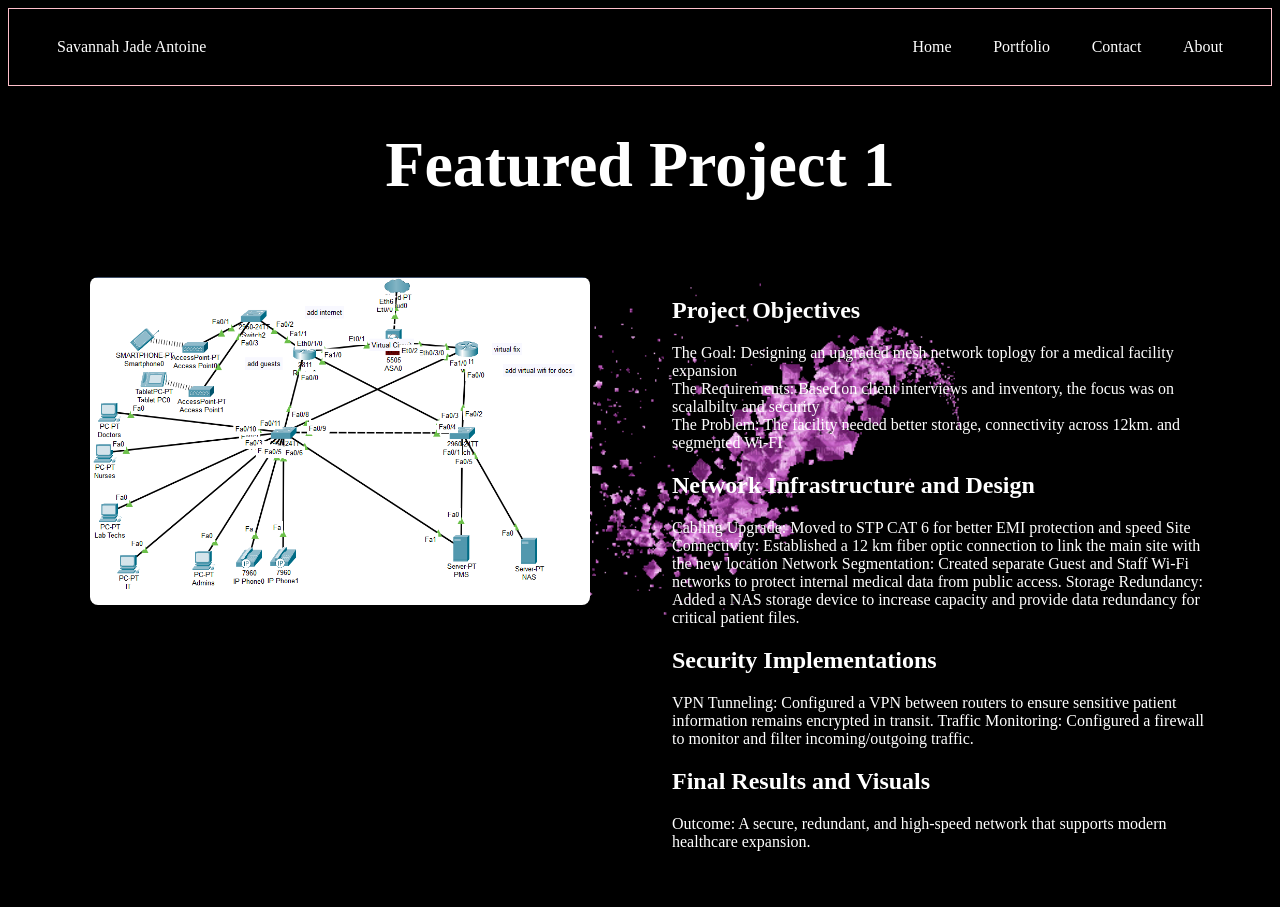
Repository: Savannah-Antoine/Savannah-Antoine
Page: pages/project-name-1.html
The author's editor kept a copy of each file at every save. The page is drawn from the files as they stood at one save, then again after the next save.
The browser window is 1280 px wide. The pictures show the whole page.

Above is the page before, as saved 2026-05-15 15:51:55.

After the next save:
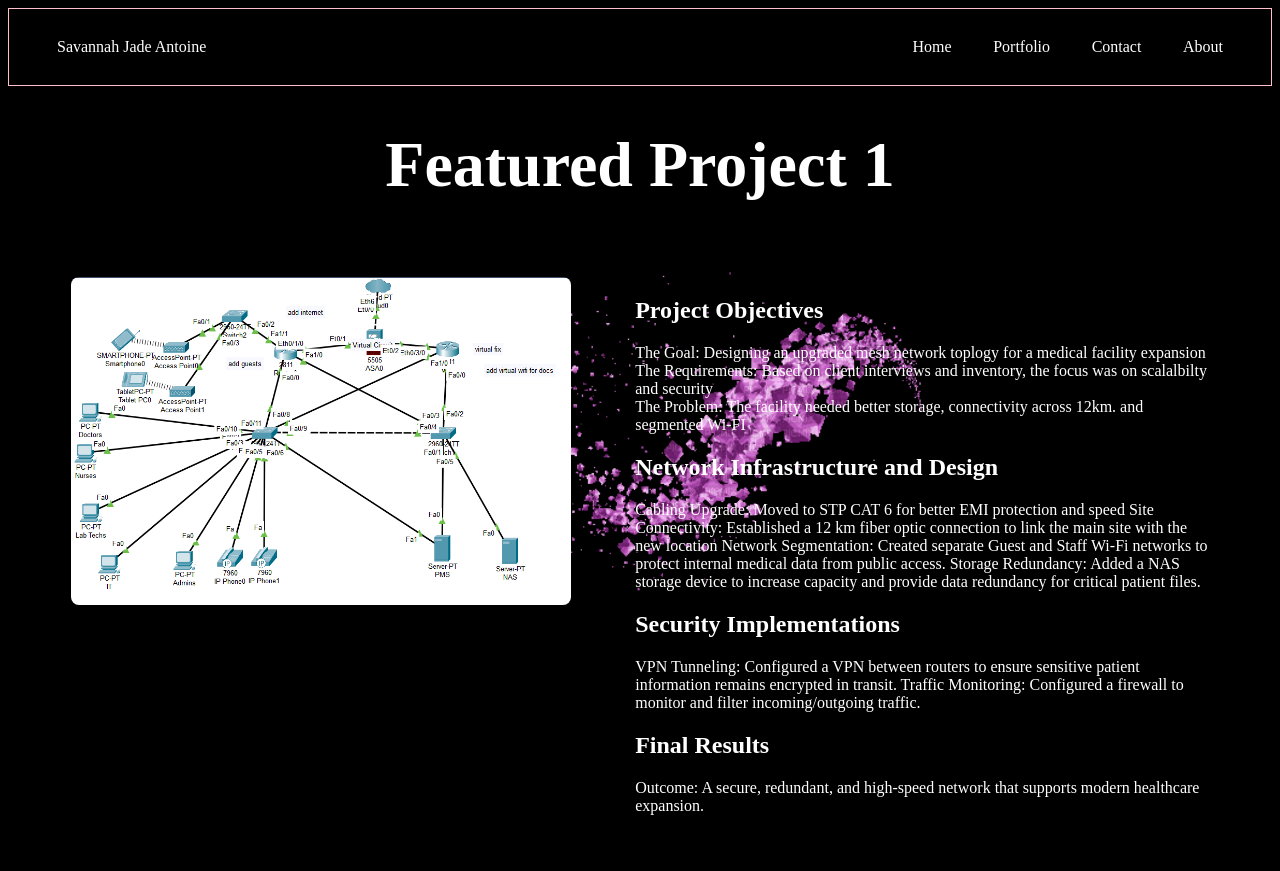
Saved 59 s later.
--- a/pages/project-name-1.html
+++ b/pages/project-name-1.html
@@ -55,7 +55,7 @@ Traffic Monitoring: Configured a firewall to monitor and filter incoming/outgoin
 </p>
 
 
-<h2>Final Results and Visuals</h2>
+<h2>Final Results</h2>
 
 <p>
     Outcome: A secure, redundant, and high-speed network that supports modern healthcare expansion.
--- a/styles/page.css
+++ b/styles/page.css
@@ -21,9 +21,6 @@ img {
     gap: 4rem;
     padding: 2rem 5%;
 }
-.project-visuals, .project-details {
-        flex: 1;                /* Ensures both sides take up equal width */
-    }
 
 @media screen and (min-width: 768px) {
 
